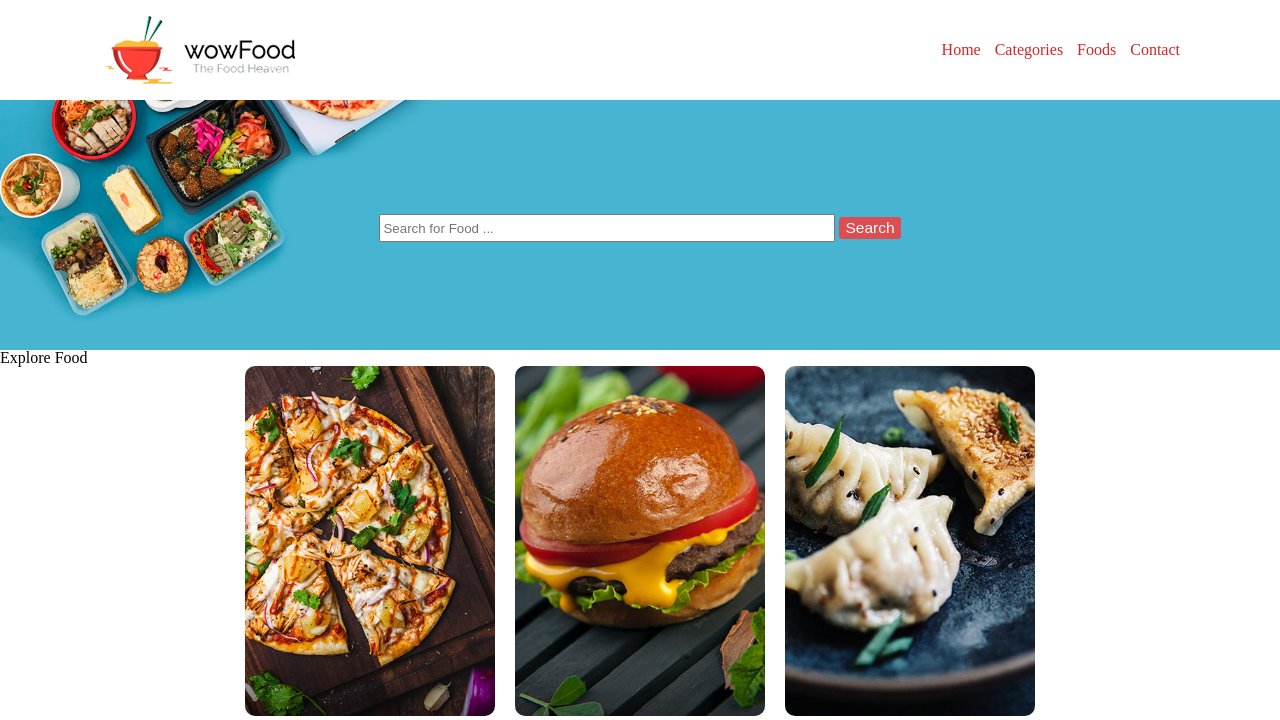
Repository: ruaruababa/WowFood
Page: index.html
These files come from the project's save history. The page is drawn as it stood at one moment and after a run of saves; the edit follows.
The browser window is 1280 px wide. The pictures show the whole page.

Above is the page before, as saved 2021-09-17 23:23:29.

### index.html
<!DOCTYPE html>
<html lang="en">

<head>
    <meta charset="UTF-8" />
    <meta http-equiv="X-UA-Compatible" content="IE=edge" />
    <meta name="viewport" content="width=device-width, initial-scale=1.0" />
    <title>Document</title>
    <link rel="stylesheet" href="./style.css" />
    <link rel="stylesheet" href="./reset.css" />
</head>

<body>
    <header>
        <div class="container-header">
            <div class="header-left">
                <img src="./img/logo.png" alt="" />
            </div>
            <div class="header-right">
                <ul class="nav">
                    <li class="item"><a href="">Home</a></li>
                    <li class="item"><a href="">Categories</a></li>
                    <li class="item"><a href="">Foods</a></li>
                    <li class="item"><a href="">Contact</a></li>
                </ul>
            </div>
        </div>
    </header>
    <nav>
        <div class="container-nav">
            <div class="background-search">
                <img src="./img/bg.jpg" alt="bgr-search" />
            </div>
            <div class="form">
                <input type="text" placeholder="Search for Food ..." class="input-search" />
                <input type="button" value="Search" class="btn-search" />
            </div>
        </div>
    </nav>
    <section>
        <div class="container-section">
            <div class="explore-food">Explore Food</div>
            <div class="collection-food">
                <ul class="list-food">
                    <li class="item"><img src="./img/pizza.jpg" alt="" /></li>
                    <li class="item"><img src="./img/burger.jpg" alt="" /></li>
                    <li class="item"><img src="./img/momo.jpg" alt="" /></li>
                </ul>
            </div>
        </div>
    </section>
</body>

</html>

### style.css
.container-header{
    display: flex;
    justify-content: space-between;
    align-items: center;
    margin-top: 15px;
}
.header-left{
    display: flex;
    margin-left: 100px;
}
.header-left img {
}
.name-brand{
    margin-top: 50%;
}

.header-right{
    margin-right: 100px;
}
.nav{
    list-style: none;
}
.nav li{
    display: inline;
    padding-left: 10px;
}
.nav li a {
    text-decoration: none;
    color: rgb(211, 38, 38);
}
nav{
    position: relative;
    max-width: 100%;
    max-height: 100%;
    height: 250px;
}
.container-nav {
    text-align: center;
    margin-top: 15px;
}
.background-search {
    height: 250px;
}
.background-search img{
    height: inherit;
    width: 100%;
    object-fit: cover;
}
.form{
    width: 100%;
    position: absolute;
    top: 50%;
    left: 50%;
    transform: translate(-50%, -50%);
    height: 22px;
}
.input-search{
    width: 35%;
    height: inherit;
}
.btn-search{
    background-color: rgba(250, 59, 59, 0.849);
    border: none;
    border-radius: 3px;
    font-size: 15.5px;
    color: white;
    height: inherit;
}
section{
    position: relative;
    margin-top: 100px;
}
.list-food{
    display: flex;
    justify-content: center;
    column-gap: 20px;
}
.list-food li {
    width: 250px;
    height: 350px;
}

.list-food li img {
    width: 100%;
    height: 100%;
    object-fit: cover;
    border-radius: 10px;
}

Loaded but not shown: reset.css (common file)

After the next 3 saves:
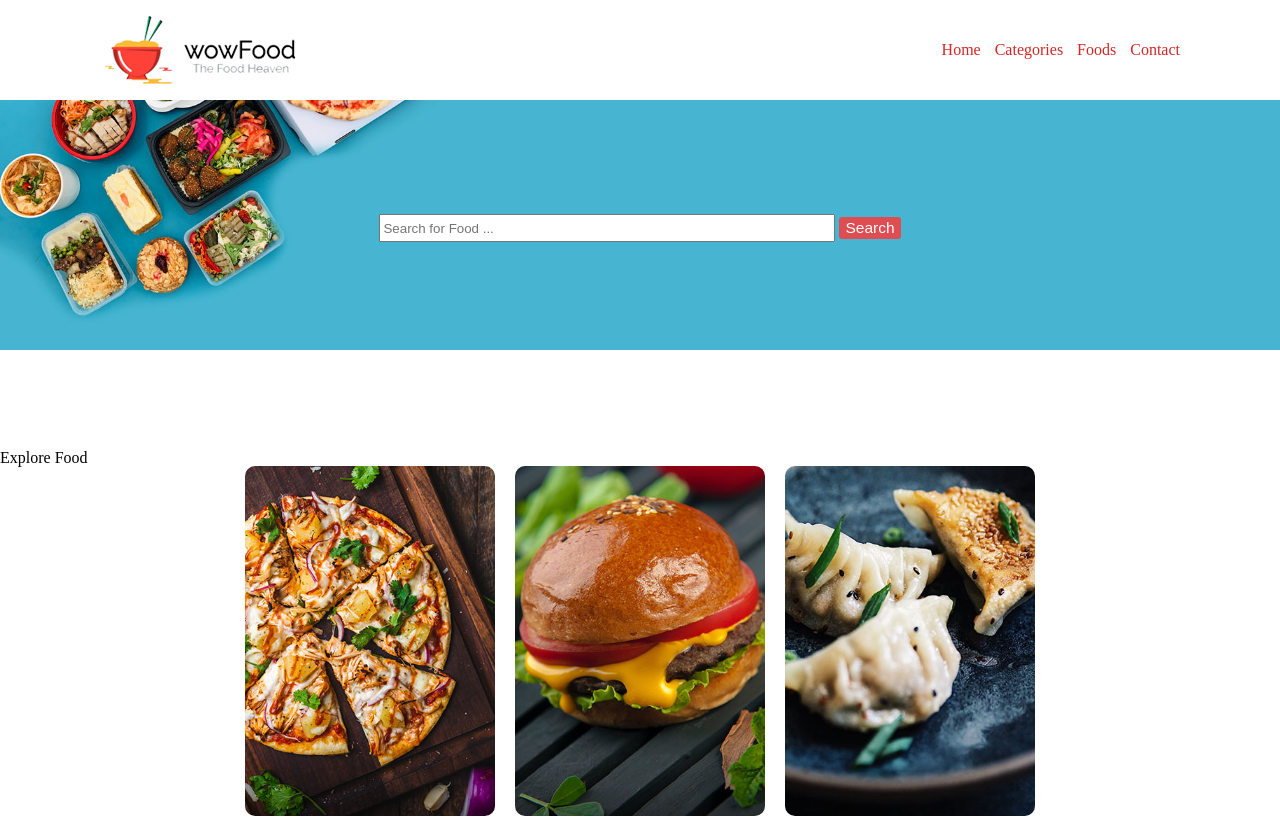
The 3 saves are shown as one change because they came seconds apart.
The last was saved 16 s later.
--- a/style.css
+++ b/style.css
@@ -68,7 +68,7 @@ nav{
 }
 section{
     position: relative;
-    margin-top: 100px;
+    top: 100px;
 }
 .list-food{
     display: flex;
